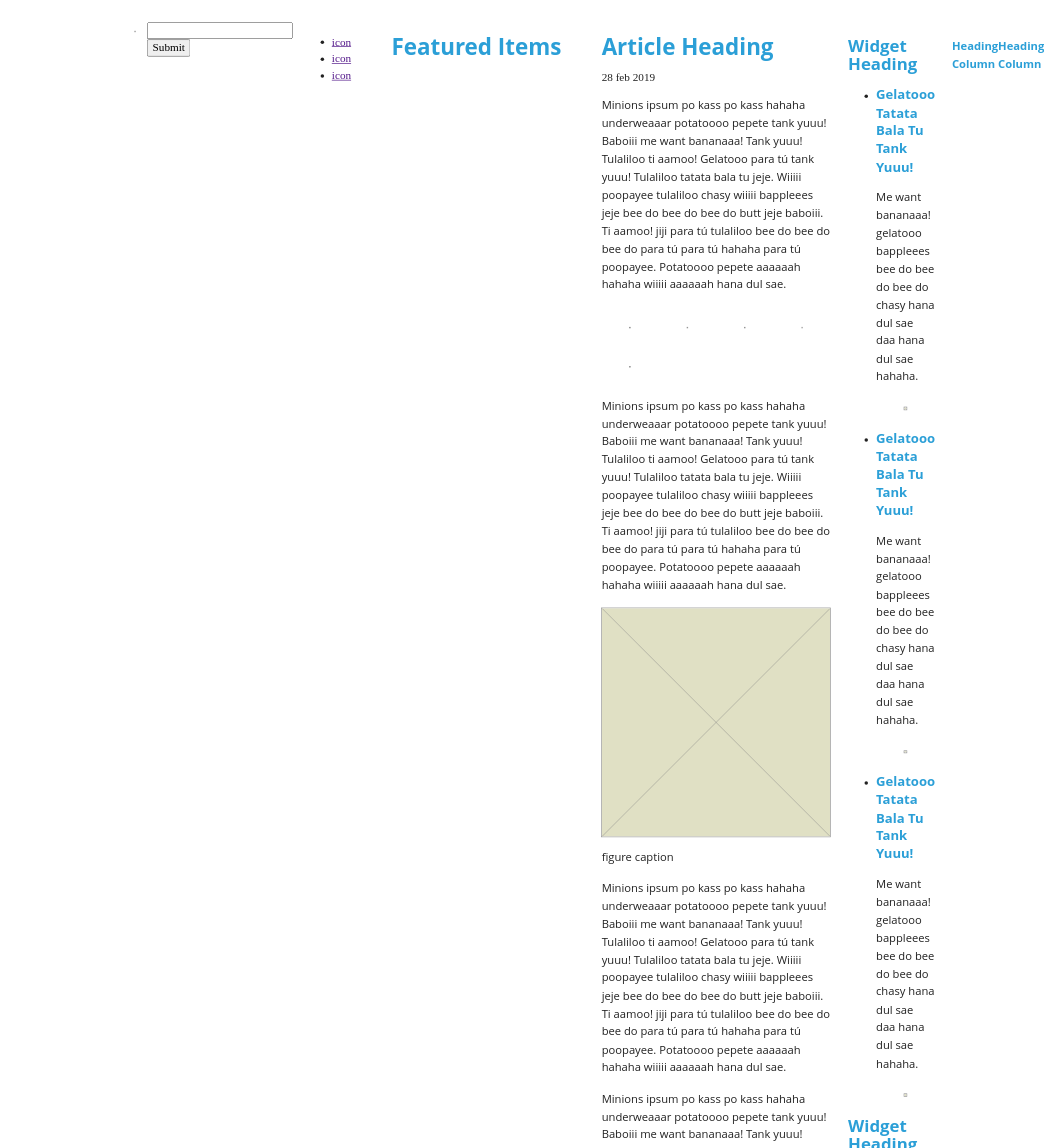
Repository: AdrianTejada/Lab03-Project-1
Page: index.html
An editor plug-in stored every save of this project. The page is shown before and after the next save, followed by the edit.
The browser window is 1280 px wide. The page is 1492 px wide, then 1296 px, so the pictures cover 1492 px, including what lies to the right of the window. The pictures show the part of the page from y = 0 to 1640 px (the page is 3955 px tall before and 6551 px after), at 70% of full size.

Above is the page before, as saved 2021-01-26 19:03:15.

After the next save:
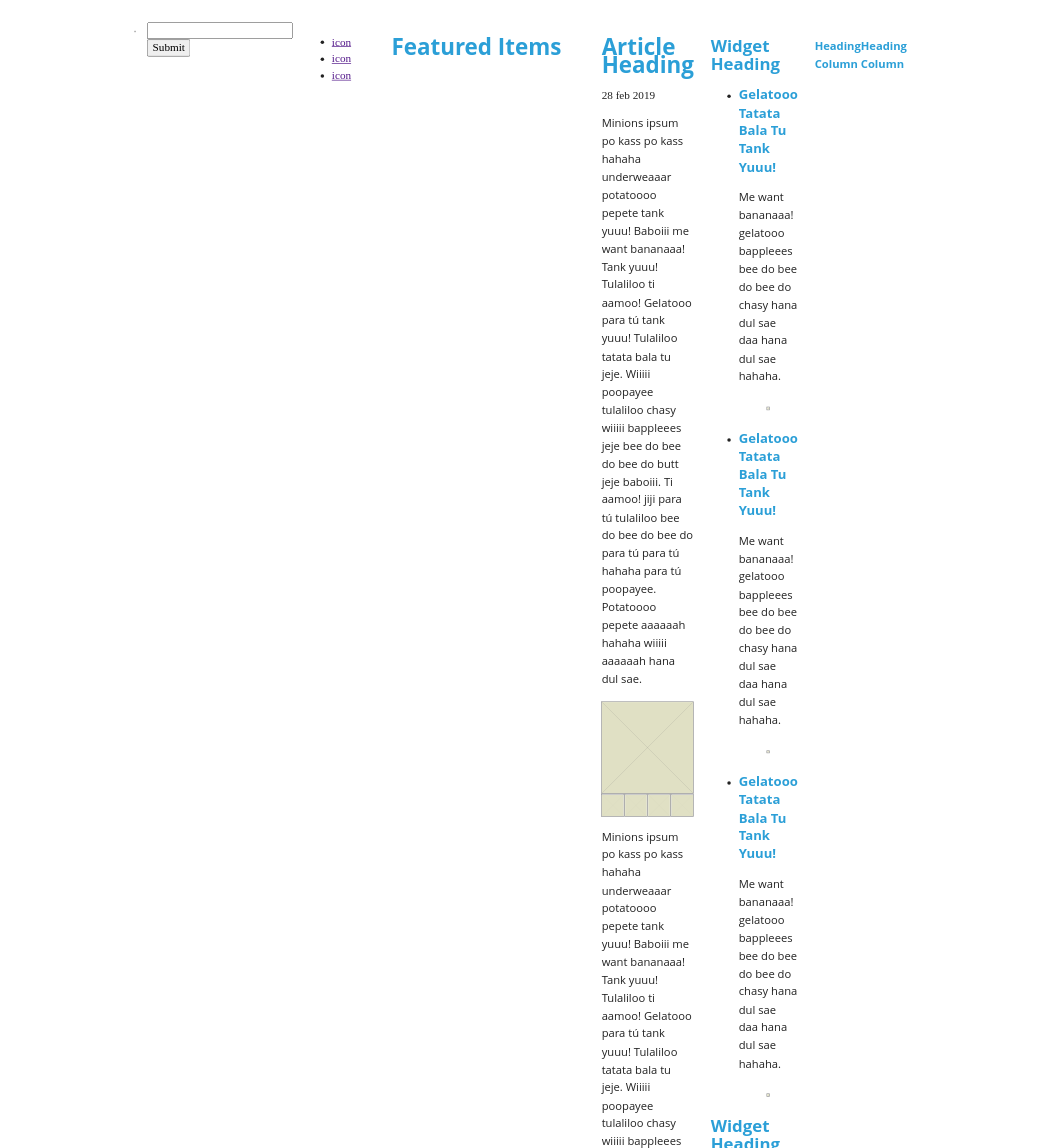
Saved 59 s later.
--- a/css/main.css
+++ b/css/main.css
@@ -172,6 +172,14 @@
     padding: 0;
 }
 
+.article__img--big {
+    grid-column: span 4;
+    margin: 0;
+}
+
+.article__img--small {
+    margin: 0;
+}
 
 /* ==========================================================================
    3. MODULES
